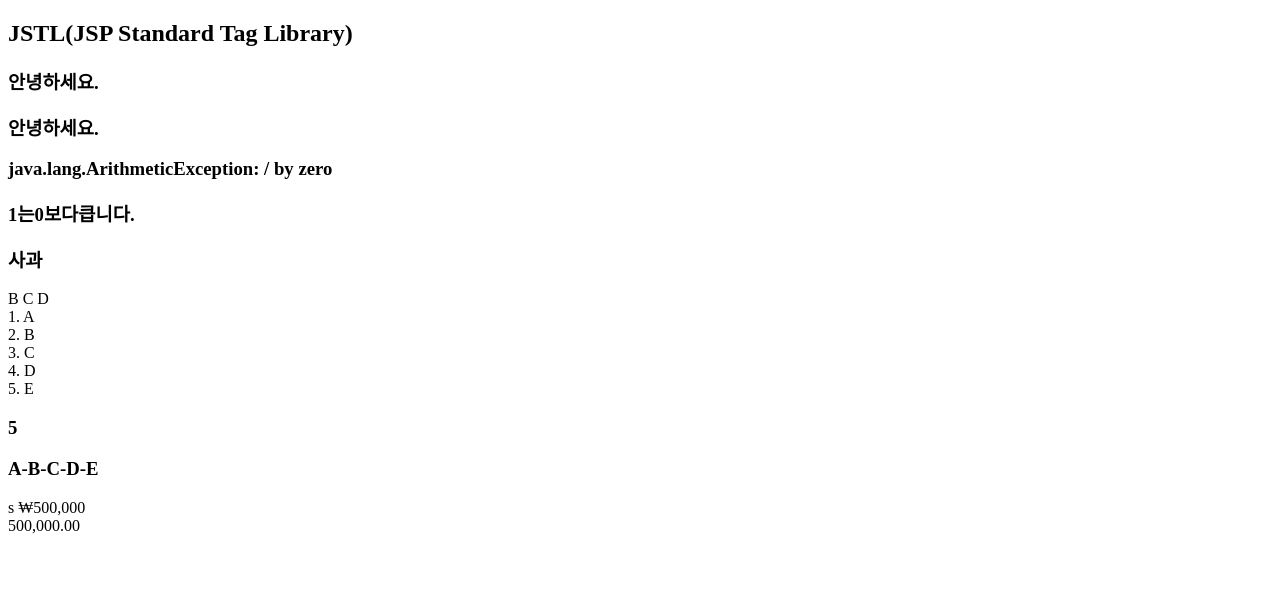
Repository: daehyuk1231/lect_labs_java
Page: http://localhost/java_web/jstl.jsp
The author's editor kept a copy of each file at every save. The page is drawn from the files as they stood at one save, then again after the next save.
The browser window is 1280 px wide. The pictures show the whole page.
The page is served by Tomcat 10.

Above is the page before, as saved 2025-08-18 00:49:05.

After the next save:
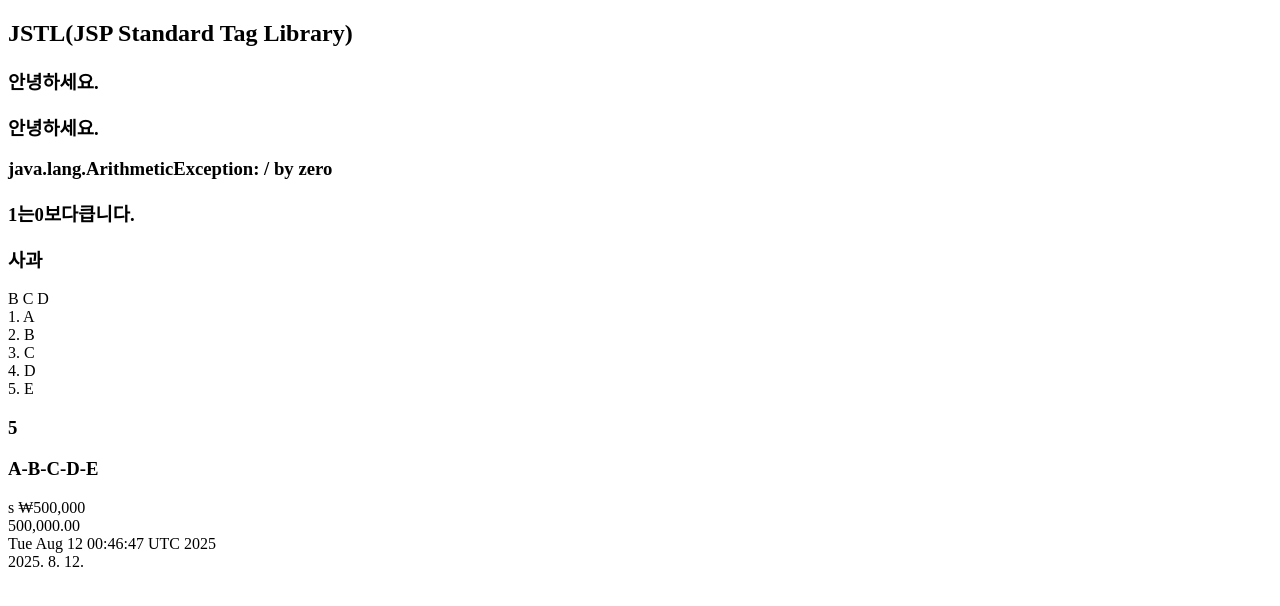
Saved 35 s later.
--- a/java_web/src/main/webapp/jstl.jsp
+++ b/java_web/src/main/webapp/jstl.jsp
@@ -62,5 +62,7 @@
 	<fmt:formatNumber value="500000" pattern="###,###,###.00"/> <br>
 
 	<jsp:useBean id="today" class="java.util.Date" />
+	<div>${today }</div>
+	<fmt:formatDate value="${today }" type="date"/>
 </body>
 </html>
